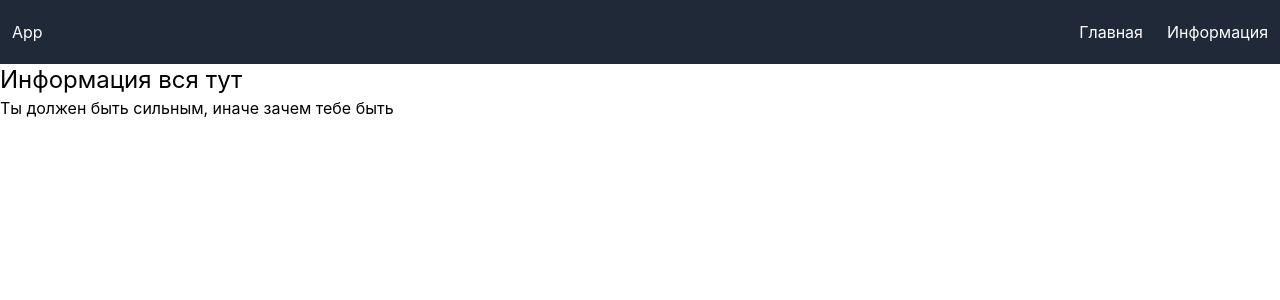
Repository: VachArt/react-exam-work
Page: /about
These files come from the project's save history. The page is drawn as it stood at one moment and after the next save; the edit follows.
The browser window is 1280 px wide. The pictures show the whole page.
The project was rebuilt for these pictures with package versions that can differ from the ones it lists, and the page was loaded fresh each time. Also part of the build but not shown: src/components/pages/Home/item/Check.jsx, src/components/pages/Home/item/TodoItem.jsx, src/components/pages/Home/create-todo-field/CreateTodoField.jsx, src/components/pages/Home/Home.jsx.

Above is the page before, as saved 2022-04-27 23:41:18.

### src/App.jsx
import React from 'react'
import {BrowserRouter, Route, Routes} from 'react-router-dom'
import { Navbar } from './components/pages/Home/Navbar'
import { Home } from './components/pages/Home/Home'
import { About } from './components/pages/About/About'





function App() {
    return (
            <BrowserRouter>
                <Navbar />
                    <div className='bg-gray-900'>
                        <Routes>
                            <Route path='/' exact element={<Home />} />
                            <Route path='/about' element={<About />} />
                        </Routes>
                    </div>
            </BrowserRouter>
    )
}

export default App;

### src/components/pages/Home/Navbar.jsx
import React from 'react'
import {NavLink} from 'react-router-dom'

export const Navbar = () => (
    <nav className='bg-gray-800 flex items-center justify-between h-16 text-white'>
        <div className='navbar-brand p-3 hover:text-pink-400'>
            App
        </div>
        <ul className="flex items-center justify-between">
            <li className="px-3 hover:text-pink-400">
                <NavLink
                    to="/"
                    exact
                >
                    Главная
                </NavLink>
            </li>
            <li className="px-3 hover:text-pink-400">
                <NavLink
                    to="/about"
                >
                    Информация
                </NavLink>
            </li>
        </ul>
    </nav>
)

### src/components/pages/About/About.jsx
import React from "react"

export const About = () => (
    <div className="bg-white">
        <div>
            <h1 className="text-2xl">Информация вся тут</h1>
            <p className="lead">Ты должен быть сильным, иначе зачем тебе быть</p>
        </div>
    </div>
)

Loaded but not shown: public/index.html (common file); src/index.jsx (common file); src/index.css (common file); tailwind.config.js (common file)

After the next save:
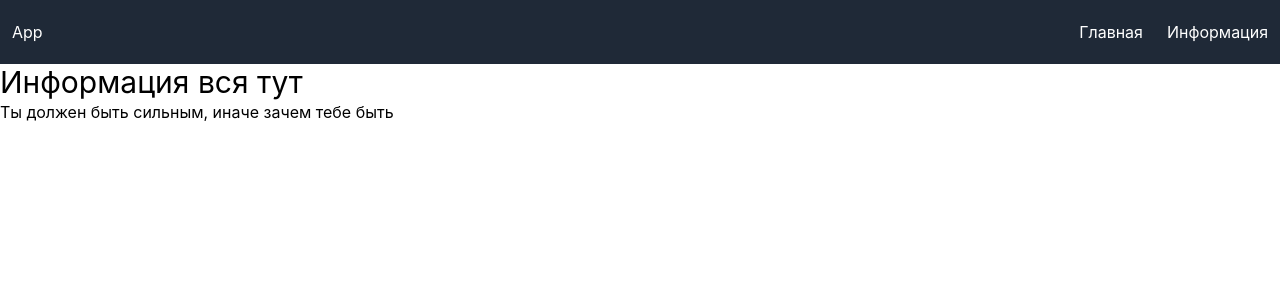
Saved 8 s later.
--- a/src/components/pages/About/About.jsx
+++ b/src/components/pages/About/About.jsx
@@ -3,7 +3,7 @@ import React from "react"
 export const About = () => (
     <div className="bg-white">
         <div>
-            <h1 className="text-2xl">Информация вся тут</h1>
+            <h1 className="text-3xl">Информация вся тут</h1>
             <p className="lead">Ты должен быть сильным, иначе зачем тебе быть</p>
         </div>
     </div>
